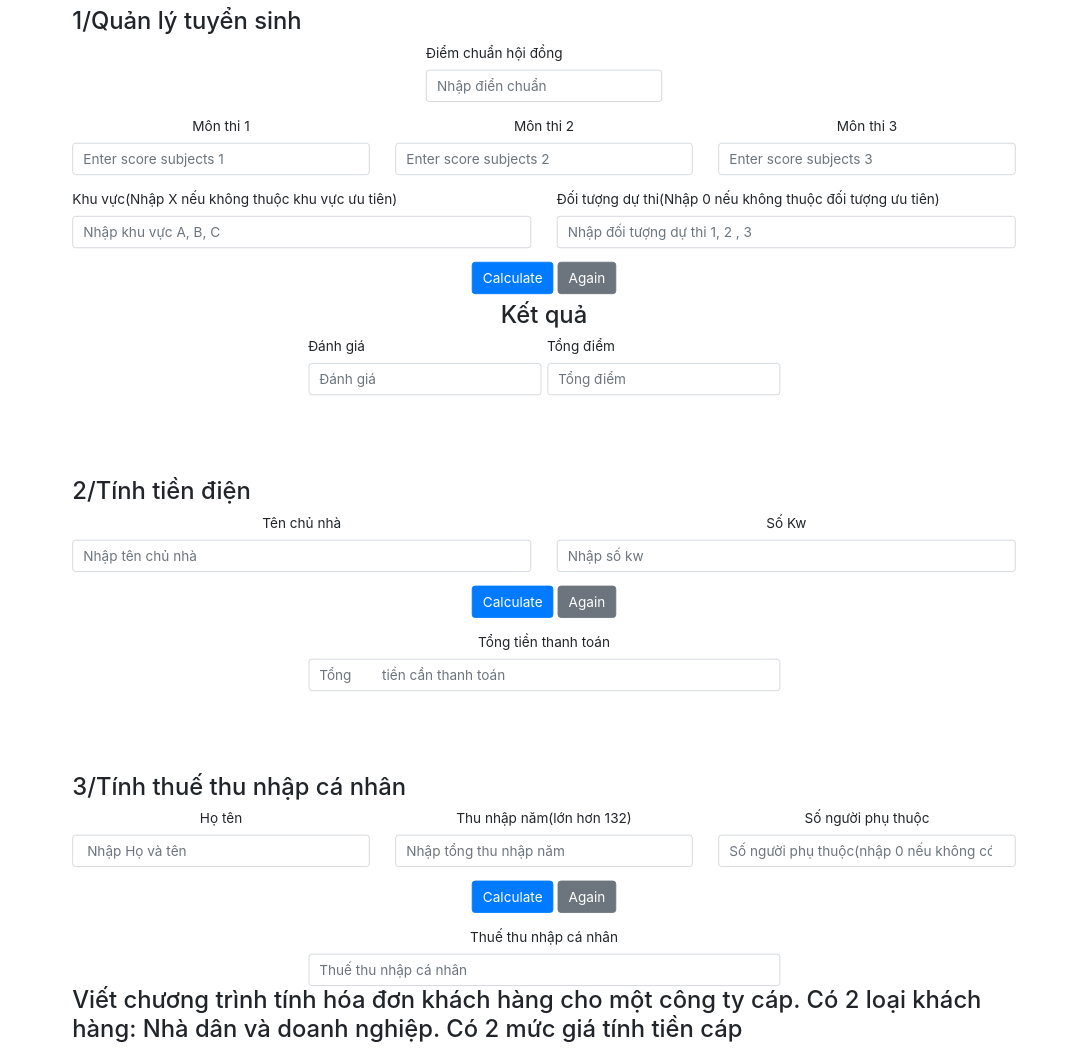
Repository: baobaodeveloper/bootcamp21__jsbasic4_HuynhAnhBao
Page: index.html
The author's editor kept a copy of each file at every save. The page is drawn from the files as they stood at one save, then again after the next save.
The browser window is 1280 px wide. The pictures show the whole page, at 85% of full size.

Above is the page before, as saved 2022-03-13 23:02:52.

### index.html
<!DOCTYPE html>
<html lang="en">
  <head>
    <title>Exercise3</title>
    <!-- Required meta tags -->
    <meta charset="utf-8" />
    <meta
      name="viewport"
      content="width=device-width, initial-scale=1, shrink-to-fit=no"
    />

    <!-- Bootstrap CSS -->
    <link
      rel="stylesheet"
      href="https://stackpath.bootstrapcdn.com/bootstrap/4.3.1/css/bootstrap.min.css"
      integrity="sha384-ggOyR0iXCbMQv3Xipma34MD+dH/1fQ784/j6cY/iJTQUOhcWr7x9JvoRxT2MZw1T"
      crossorigin="anonymous"
    />
  </head>
  <body>
    <!-- 1/Quản lý tuyển sinh -->
    <div class="container mt-2">
      <h3>1/Quản lý tuyển sinh</h3>

      <div class="mb-3 w-25 m-auto">
        <label>Điểm chuẩn hội đồng</label>
        <input
          type="number"
          class="form-control"
          id="score"
          placeholder="Nhập điển chuẩn"
        />
      </div>

      <div class="row mt-3 text-center">
        <div class="col">
          <label>Môn thi 1</label>
          <input
            type="number"
            class="form-control"
            id="score1"
            placeholder="Enter score subjects 1"
          />
        </div>
        <div class="col">
          <label>Môn thi 2</label>
          <input
            type="number"
            class="form-control"
            id="score2"
            placeholder="Enter score subjects 2"
          />
        </div>
        <div class="col">
          <label>Môn thi 3</label>
          <input
            type="number"
            class="form-control"
            id="score3"
            placeholder="Enter score subjects 3"
          />
        </div>
      </div>

      <div class="row mt-3">
        <div class="col">
          <label>Khu vực(Nhập X nếu không thuộc khu vực ưu tiên)</label>
          <input
            type="text"
            class="form-control"
            placeholder="Nhập khu vực A, B, C"
            id="area"
          />
        </div>
        <div class="col">
          <label
            >Đối tượng dự thi(Nhập 0 nếu không thuộc đối tượng ưu tiên)</label
          >
          <input
            type="number"
            class="form-control"
            placeholder="Nhập đối tượng dự thi 1, 2 , 3"
            id="object"
          />
        </div>
      </div>

      <div class="text-center mt-3">
        <button type="button" class="btn btn-primary" id="scoreBtn">
          Calculate
        </button>
        <button type="button" class="btn btn-secondary" id="score-btn-again">
          Again
        </button>
      </div>

      <h3 class="text-center mt-2">Kết quả</h3>

      <div class="mb-3 w-50 d-flex m-auto justify-content-between">
        <div>
          <label>Đánh giá</label>
          <input
            type="email"
            class="form-control"
            placeholder="Đánh giá"
            id="evaluate"
          />
        </div>

        <div>
          <label>Tổng điểm</label>
          <input
            type="email"
            class="form-control"
            placeholder="Tổng điểm"
            id="total-score"
          />
        </div>
      </div>
    </div>

    <!-- 2/Tính tiền điện -->
    <div class="container mt-lg-5 pt-5">
      <h3>2/Tính tiền điện</h3>
      <div class="row text-center">
        <div class="col">
          <label class="form-label">Tên chủ nhà</label>
          <input
            type="text"
            class="form-control"
            id="host"
            placeholder="Nhập tên chủ nhà"
          />
        </div>
        <div class="col">
          <label class="form-label">Số Kw</label>
          <input
            type="number"
            id="number-kw"
            class="form-control"
            placeholder="Nhập số kw"
          />
        </div>
      </div>

      <div class="text-center mt-3">
        <button type="button" class="btn btn-primary" id="electricBill">
          Calculate
        </button>
        <button type="button" class="btn btn-secondary" id="electricbill-again">
          Again
        </button>
      </div>

      <div class="w-50 m-auto pt-3 text-center">
        <label class="form-label">Tổng tiền thanh toán</label>
        <input
          type="text"
          class="form-control"
          id="total-pay"
          placeholder="Tổng
        tiền cần thanh toán"
        />
      </div>
    </div>

    <!-- 3/Tính thuế thu nhập cá nhân -->
    <div class="container mt-lg-5 pt-5">
      <h3>3/Tính thuế thu nhập cá nhân</h3>
      <div class="row text-center">
        <div class="col">
          <label class="form-label">Họ tên</label>
          <input
            type="text"
            class="form-control"
            id="name"
            placeholder=" Nhập Họ và tên"
          />
        </div>
        <div class="col">
          <label class="form-label">Thu nhập năm(lớn hơn 132)</label>
          <input
            type="number"
            id="gross-pay"
            class="form-control"
            placeholder="Nhập tổng thu nhập năm"
          />
        </div>
        <div class="col">
          <label class="form-label">Số người phụ thuộc</label>
          <input
            type="number"
            id="number-people"
            class="form-control"
            placeholder="Số người phụ thuộc(nhập 0 nếu không có)"
          />
        </div>
      </div>

      <div class="text-center mt-3">
        <button type="button" class="btn btn-primary" id="personal-income-tax">
          Calculate
        </button>
        <button
          type="button"
          class="btn btn-secondary"
          id="personal-income-tax-again"
        >
          Again
        </button>
      </div>

      <div class="w-50 m-auto pt-3 text-center">
        <label class="form-label">Thuế thu nhập cá nhân</label>
        <input
          type="text"
          class="form-control"
          id="assessable-income"
          placeholder="Thuế thu nhập cá nhân"
        />
      </div>
    </div>

    <!-- 4/ Viết chương trình tính hóa đơn khách hàng cho một công ty cáp. Có 2 loại khách hàng:
    Nhà dân và doanh nghiệp. Có 2 mức giá tính tiền cáp-->
    <div class="container">
      <h3>
        Viết chương trình tính hóa đơn khách hàng cho một công ty cáp. Có 2 loại
        khách hàng: Nhà dân và doanh nghiệp. Có 2 mức giá tính tiền cáp
      </h3>
    </div>
    <!-- Optional JavaScript -->
    <!-- jQuery first, then Popper.js, then Bootstrap JS -->
    <script
      src="https://code.jquery.com/jquery-3.3.1.slim.min.js"
      integrity="sha384-q8i/X+965DzO0rT7abK41JStQIAqVgRVzpbzo5smXKp4YfRvH+8abtTE1Pi6jizo"
      crossorigin="anonymous"
    ></script>
    <script
      src="https://cdnjs.cloudflare.com/ajax/libs/popper.js/1.14.7/umd/popper.min.js"
      integrity="sha384-UO2eT0CpHqdSJQ6hJty5KVphtPhzWj9WO1clHTMGa3JDZwrnQq4sF86dIHNDz0W1"
      crossorigin="anonymous"
    ></script>
    <script
      src="https://stackpath.bootstrapcdn.com/bootstrap/4.3.1/js/bootstrap.min.js"
      integrity="sha384-JjSmVgyd0p3pXB1rRibZUAYoIIy6OrQ6VrjIEaFf/nJGzIxFDsf4x0xIM+B07jRM"
      crossorigin="anonymous"
    ></script>

    <!-- <script src="exercise1.js"></script> -->
    <!-- <script src="exercise2.js"></script> -->
    <!-- <script src="exercise3.js"></script> -->
    <script src="exercise4.js"></script>
  </body>
</html>

Loaded but not shown: exercise4.js (no stored copy; drawn as an empty file)

After the next save:
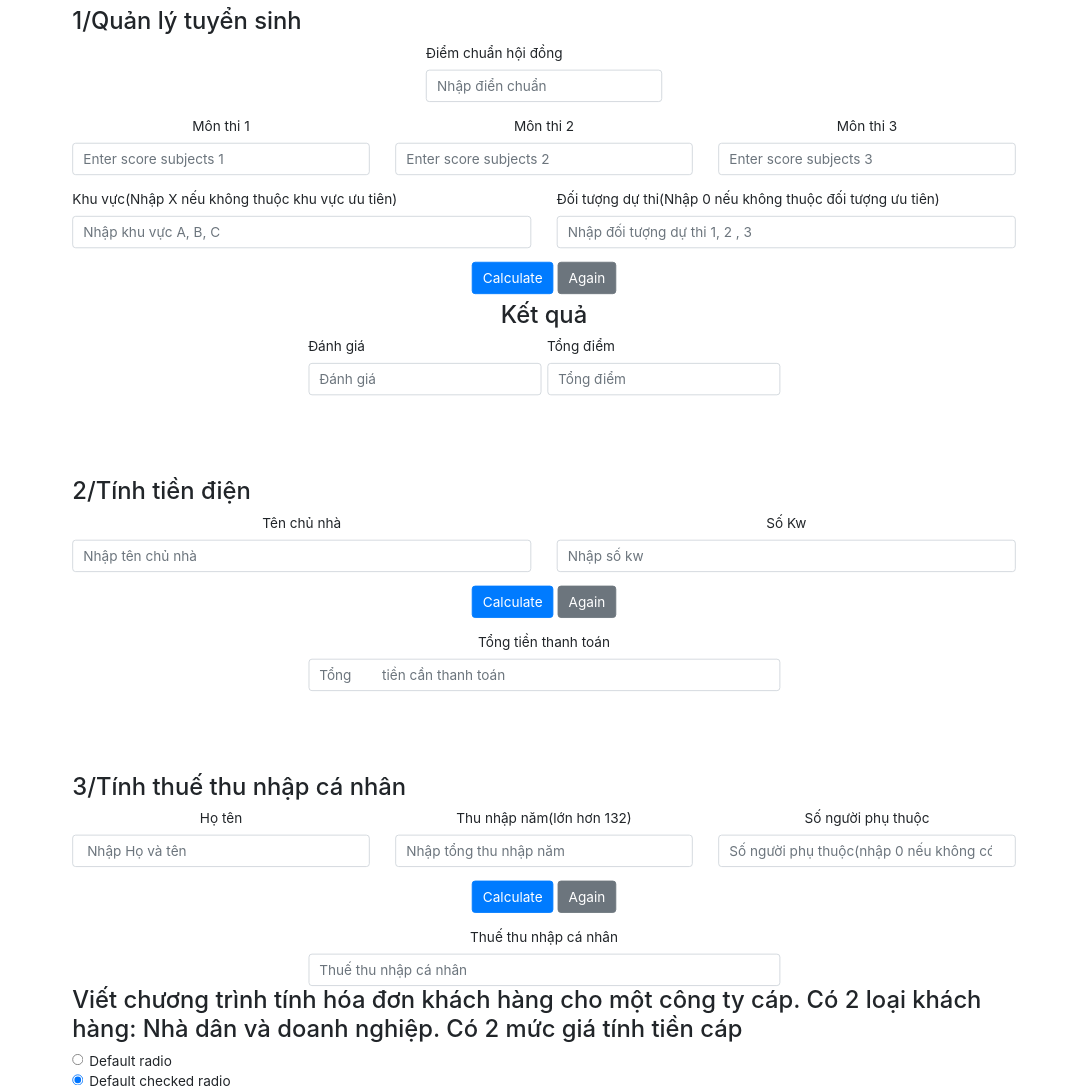
Saved 61 s later.
--- a/index.html
+++ b/index.html
@@ -228,6 +228,29 @@
         Viết chương trình tính hóa đơn khách hàng cho một công ty cáp. Có 2 loại
         khách hàng: Nhà dân và doanh nghiệp. Có 2 mức giá tính tiền cáp
       </h3>
+      <div class="form-check">
+        <input
+          class="form-check-input"
+          type="radio"
+          name="flexRadioDefault"
+          id="flexRadioDefault1"
+        />
+        <label class="form-check-label" for="flexRadioDefault1">
+          Default radio
+        </label>
+      </div>
+      <div class="form-check">
+        <input
+          class="form-check-input"
+          type="radio"
+          name="flexRadioDefault"
+          id="flexRadioDefault2"
+          checked
+        />
+        <label class="form-check-label" for="flexRadioDefault2">
+          Default checked radio
+        </label>
+      </div>
     </div>
     <!-- Optional JavaScript -->
     <!-- jQuery first, then Popper.js, then Bootstrap JS -->
